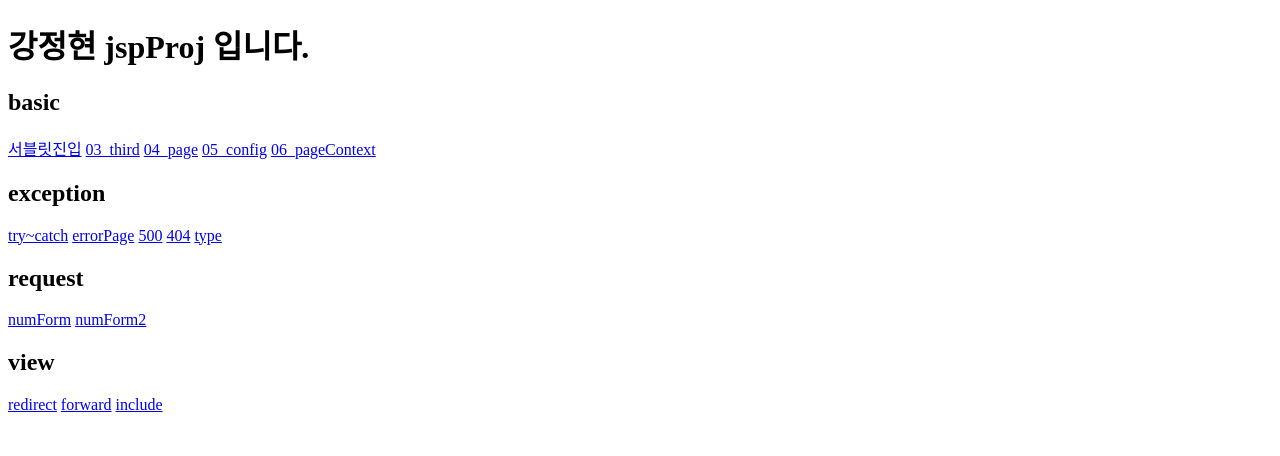
Repository: Jamikidu/newJsp
Page: http://localhost/jspProj/
These files come from the project's save history. The page is drawn as it stood at one moment and after the next save; the edit follows.
The browser window is 1280 px wide. The pictures show the whole page.
The page is served by Tomcat 9. Other server files are loaded and not shown.

Above is the page before, as saved 2023-08-02 03:04:50.

### jspProj/src/main/webapp/index.jsp
<%@ page language="java" contentType="text/html; charset=UTF-8"
    pageEncoding="UTF-8"%>
<!DOCTYPE html>
<html>
<head>
<meta charset="UTF-8">
<title>jspProj 입니다</title>
</head>
<body>
<h1>강정현 jspProj 입니다.</h1>
<h2>basic</h2>
<a href="basic/First">서블릿진입</a>
<a href="basic/03_third.jsp">03_third</a>
<a href="basic/04_page.jsp">04_page</a>
<a href="basic/05_config.jsp">05_config</a>
<a href="basic/06_pageContext.jsp">06_pageContext</a>
<h2>exception</h2>
<a href="err/aaa.jsp">try~catch</a>
<a href="err/bbb.jsp">errorPage</a>
<a href="err/ccc.jsp">500</a>
<a href="err/ddd.jsp">404</a>
<a href="err/eee.jsp">type</a>
<h2>request</h2>
<a href="request/numForm.jsp">numForm</a>
<a href="request/numForm2.jsp">numForm2</a>
<h2>view</h2>
<a href="redirect/a.jsp?nick=ccc">redirect</a>
<a href="forward/a.jsp?nick=ccc">forward</a>
<a href="include/a.jsp?nick=ccc">include</a>

</body>
</html>

After the next save:
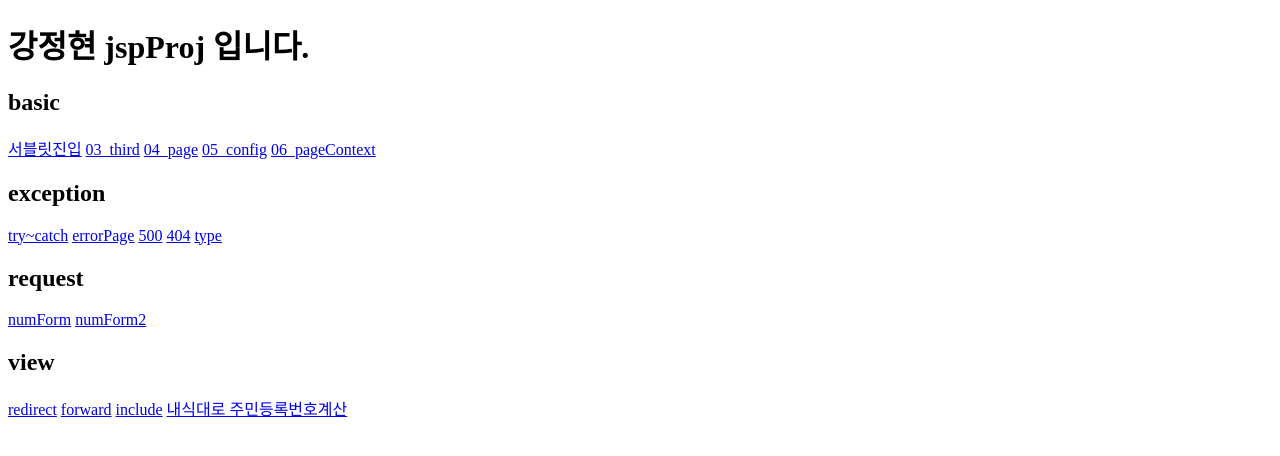
Saved 32 min 4 s later.
--- a/jspProj/src/main/webapp/index.jsp
+++ b/jspProj/src/main/webapp/index.jsp
@@ -27,6 +27,7 @@
 <a href="redirect/a.jsp?nick=ccc">redirect</a>
 <a href="forward/a.jsp?nick=ccc">forward</a>
 <a href="include/a.jsp?nick=ccc">include</a>
+<a href="include/a.jsp?nick=ccc">내식대로 주민등록번호계산</a>
 
 </body>
 </html>
